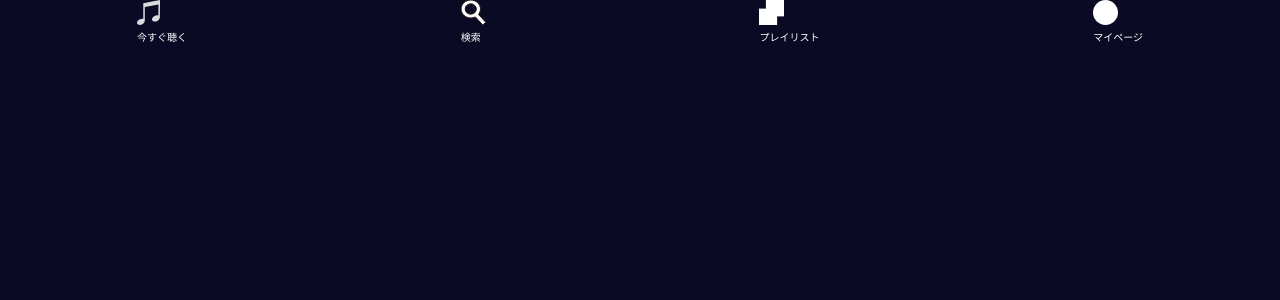
Repository: FujieRyou/2024_team
Page: /components/nav
The author's editor kept a copy of each file at every save. The page is drawn from the files as they stood at one save, then again after the next save.
The browser window is 1280 px wide. The pictures show the whole page.
The project was rebuilt for these pictures with package versions that can differ from the ones it lists, and the page was loaded fresh each time. The framework's server and built-in components were replaced by stand-ins that run in the browser. Also part of the build but not shown: next.config.js.

Above is the page before, as saved 2024-01-09 11:25:10.

After the next save:
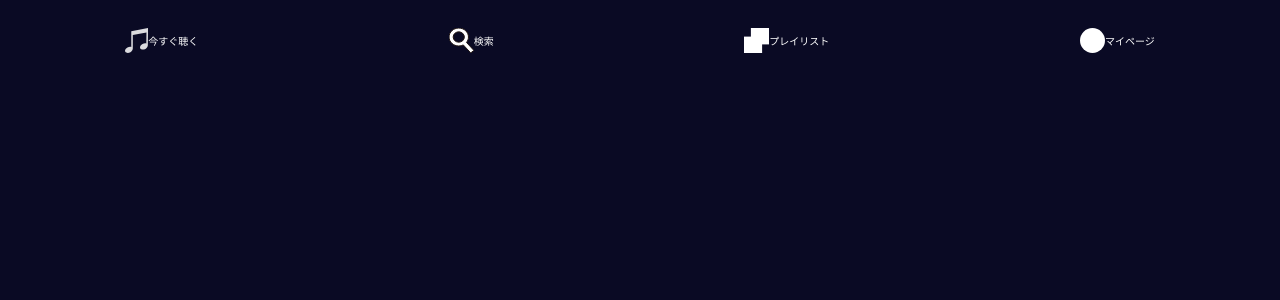
Saved 46 s later.
--- a/src/styles/index.css
+++ b/src/styles/index.css
@@ -10,6 +10,12 @@ nav{
     height: 81px;
     display: flex;
     justify-content: space-around;
+}
+
+.iconWrap{
+    display: flex;
+    align-items: center;
+    justify-content: center;
 }
 
 .iconWrap > p{
